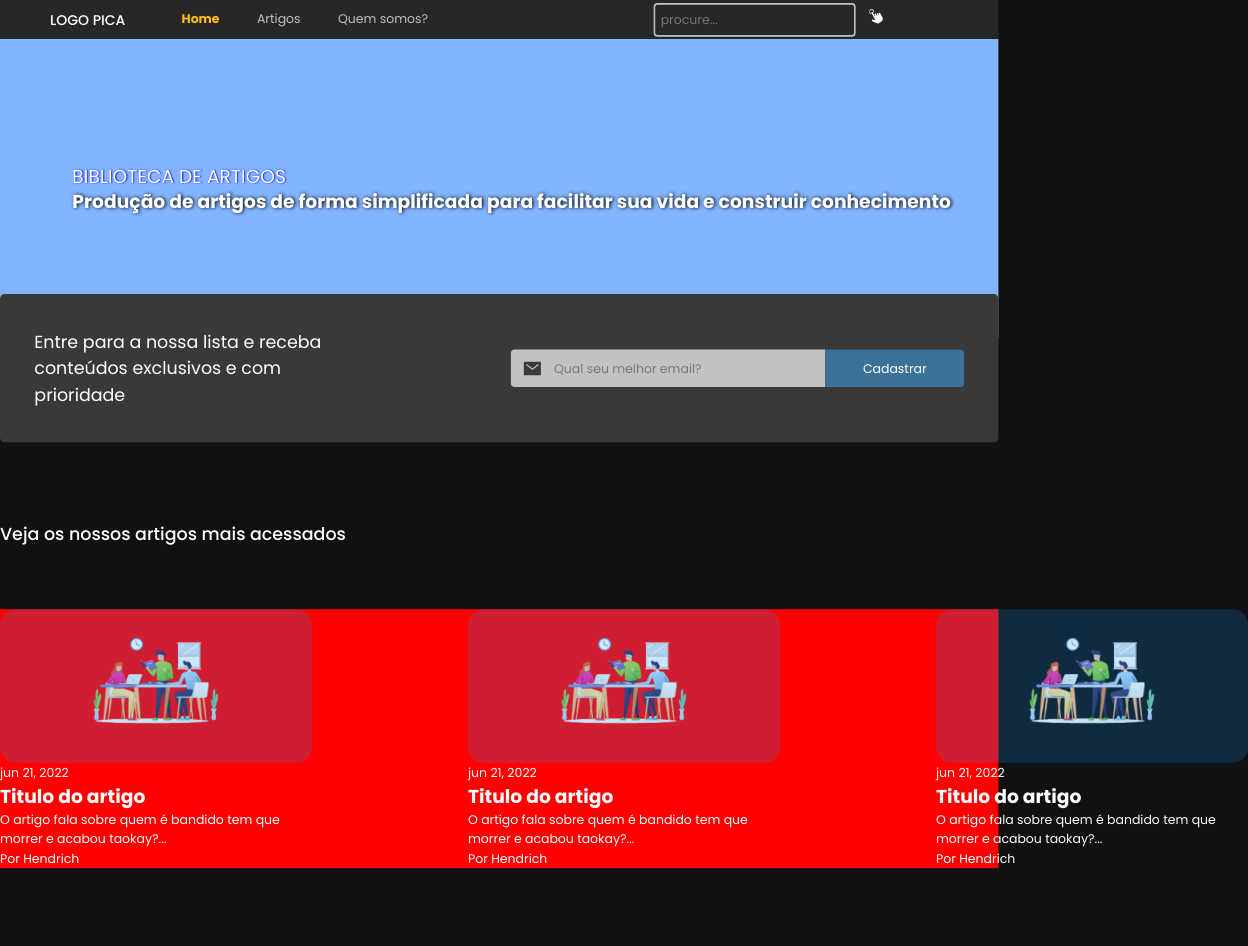
Repository: ArthurHendrich/Inepto
Page: /
The author's editor kept a copy of each file at every save. The page is drawn from the files as they stood at one save, then again after the next save.
The browser window is 1280 px wide. The page is 1600 px wide, then 1400 px, so the pictures cover 1600 px, including what lies to the right of the window. The pictures show the whole page, at 78% of full size.
The project was rebuilt for these pictures with package versions that can differ from the ones it lists, and the page was loaded fresh each time. The framework's server and built-in components were replaced by stand-ins that run in the browser. Also part of the build but not shown: next.config.js.

Above is the page before, as saved 2022-07-06 21:17:24.

### src/pages/_app.tsx
import { AppProps } from "next/app";
import { Header } from "../components/header";

import '../styles/global.scss';

function MyApp({ Component, pageProps }: AppProps) {
  return (
    <>
    <Header />
    <Component {...pageProps} />
    </>
  );
}

export default MyApp;

### src/pages/_document.tsx
import Document, { Html, Head, Main, NextScript } from "next/document";

export default class MyDocument extends Document {
  render() {
    return (
      <Html>
        <Head>
          <link rel="preconnect" href="https://fonts.googleapis.com" />
          <link
            href="https://fonts.googleapis.com/css2?family=Poppins:wght@400;500;700;900&display=swap"
            rel="stylesheet"
          />
          <link rel="shortcut icon" href="favicon.png" type="image/png" />
        </Head>
        <body>
          <Main />
          <NextScript />
        </body>
      </Html>
    );
  }
}

### src/pages/index.tsx
import Head from "next/head";

import styles from "../styles/home.module.scss";

import { IoMailSharp } from 'react-icons/io5';

export default function Home() {
  return (
    <>
      <Head>
        <title>Direito Inepto</title>
      </Head>

      <main>
        <section className={styles.headerContainer}>
          <div className={styles.headerText}>
            <h1>BIBLIOTECA DE ARTIGOS</h1>
            <h2>
              Produção de artigos de forma simplificada para facilitar sua vida
              e construir conhecimento
            </h2>
          </div>
        </section>

        <section className={styles.inputContainer}>
          <h2>
            Entre para a nossa lista e receba conteúdos exclusivos e com
            prioridade
          </h2>
          <div className={styles.inputContent}>
            <div className={styles.ContentFake}>
              <IoMailSharp className={styles.mail}/>
              <input type="text" placeholder="Qual seu melhor email?" />
            </div>
              <button>Cadastrar</button>
          </div>
        </section>

        <section className={styles.acessContainer}>
          <div className={styles.acessTitle}>
            Veja os nossos artigos mais acessados
          </div>
          <div className={styles.acessContent}>
            <div className={styles.contentItem}>
              <img src="images/imagemteste.png" alt="teste" />
              <time>jun 21, 2022</time>
              <h2>Titulo do artigo</h2>
              <p>O artigo fala sobre quem é bandido tem que morrer e acabou taokay?...</p>
              <span>Por Hendrich</span>
            </div>
            <div className={styles.contentItem}>
              <img src="images/imagemteste.png" alt="teste" />
              <time>jun 21, 2022</time>
              <h2>Titulo do artigo</h2>
              <p>O artigo fala sobre quem é bandido tem que morrer e acabou taokay?...</p>
              <span>Por Hendrich</span>
            </div>
            <div className={styles.contentItem}>
              <img src="images/imagemteste.png" alt="teste" />
              <time>jun 21, 2022</time>
              <h2>Titulo do artigo</h2>
              <p>O artigo fala sobre quem é bandido tem que morrer e acabou taokay?...</p>
              <span>Por Hendrich</span>
            </div>
          </div>
        </section>
      </main>
    </>
  );
}

### src/components/header/index.tsx
import styles from "./styles.module.scss";
import { GiClick } from "react-icons/gi";
import { ActiveLink } from "../ActiveLink";
import { useState } from "react";



export function Header() {
  const [inputText, setInputText] = useState('');



  return (
    <header className={styles.headerContainer}>
      <div className={styles.headerContent}>
        <div className={styles.headerItens}>
          <div className={styles.headerLogo}>
            <ActiveLink href="/" activeClassName={styles.active}>
              <a>LOGO PICA</a>
            </ActiveLink>
          </div>

          <nav>
            <ActiveLink href="/" activeClassName={styles.active}>
              <a>Home</a>
            </ActiveLink>

            <ActiveLink href="/posts" activeClassName={styles.active}>
              <a>Artigos</a>
            </ActiveLink>

            <ActiveLink href="/sobre" activeClassName={styles.active}>
              <a>Quem somos?</a>
            </ActiveLink>
          </nav>
        </div>

        <div className={styles.headerSearch}>
          <input
            type="text"
            value={inputText}
            placeholder="procure..."
            onChange={(e) => setInputText(e.target.value)}
          />
          <GiClick className={styles.headerSearchIcon}/>
        </div>
      </div>
    </header>
  );
}

### src/styles/global.scss
* {
  margin: 0;
  padding: 0;
  box-sizing: border-box;
}

:root {
  --white: #FFF;

  --gray-100: #C2C2C2;
  --gray-200: #CCCCCC;
  --gray-300: #7a7a7a;
  --gray-400: #3A3939;
  --gray-500: #272727;
  --gray-900: #111113;

  --blue-200: #3C7198;
  --blue-500: #82B4FF;
  --blue-900: #95D2FF;

  --purple-header: #2F1C6A;
  --purple-content: #492E9E;

  --yellow-500: #FFBE16;
}

@media (max-width: 1080px) {
  html {
    font-size: 93.75%;
  }
}

@media (max-width: 720px) {
  html {
    font-size: 87.5%;
  }
}

body{
  background: var(--gray-900);
  color: var(--white);
}

body, input, textarea, select, button {
  font: 400 1rem 'Poppins', sans-serif;
}

button {
  cursor: pointer;
}

a {
  color: inherit;
  text-decoration: none;
}

### src/styles/home.module.scss
.headerContainer {
  min-height: calc(60vh - 3.125rem);
  margin: 0 auto;
  display: flex;
  justify-content: center;
  align-items: center;
  padding: 0 2rem;
  background: var(--blue-500);

  .headerText {
    padding-left: 2rem;

    font-size: rem;

    h1 {
      font-weight: 50;
      cursor: pointer;
      text-shadow: 1px 0px 2px blue;
    }

    h2{
      font-weight: 700;
      line-height: 2rem;
      text-shadow: 1.5px 0px 5px black;
      cursor: pointer;
    }
  }

  img {
    width: 75%
  }
}

.inputContainer {
  max-width: 1475px;
  margin: 0 auto;
  margin-top: -55px;
  margin-bottom: 100px;
  padding: 2.75rem;
  display: flex;
  align-items: center;
  border-radius: 6px;
  background: var(--gray-400);

  h2 {
    font-size: 1.4rem;
    font-weight: 100;
  }

  .inputContent {
    padding-left: 15rem;
    display: flex;
    align-items: center;

    .ContentFake {
      display: flex;
      align-items: center;
      background: var(--gray-100);
      border-top-left-radius: 5px;
      border-bottom-left-radius: 5px;
      height: 3rem;

      input {
        margin-right: 2rem;
        border: none;
        background-color: transparent;
        color: var(--white);
        outline: none;
      }

      .mail{
        height: 25px;
        width: 25px;
        margin-right: 15px;
        margin-left: 15px;
        color: var(--gray-400);
      }
    }

    button {
      text-align: center;
      height: 3rem;
      background-color: var(--blue-200);
      border: 0;
      padding-left: 3rem;
      padding-right: 3rem;
      border-top-right-radius: 5px;
      border-bottom-right-radius: 5px;
      color: var(--white);

      transition: filter ease 0.2s;

      &:hover {
        filter: brightness(1.2);
      }
    }
  }


  *::placeholder {
    color: var(--gray-300);
  }
}


.acessContainer {
  max-width: 1700px;
  margin: 0 auto;

  .acessTitle {
    font-size: 1.4rem;
    font-weight: 500;
    margin-bottom: 80px;
  }

  .acessContent {
    max-width: 1500px;
    margin: 0 auto;
    background-color: red;

    display: grid;
    grid-template-columns: repeat(3, 1fr);
    gap: 200px;

    .contentItem {
      display: flex;
      flex-direction: column;
    }
  }

  margin-bottom: 100px;
}

### src/components/header/styles.module.scss
.headerContainer {
  height: 3.125rem;
  background: var(--gray-500);
  color: var(--white);

}


.headerContent {
  height: 3.125rem;
  margin: 0 auto;
  display: flex;
  padding: 0 4rem;
  align-items: center;
  justify-content: space-between;

  .headerItens {
    display: flex;
    align-items: center;
    justify-content: space-between;

    .headerLogo {
      margin-right: 4rem;
      font-size: 1.125rem;
      font-weight: 500;
    }

    nav {
      height: 6rem;

      a {
        display: inline-block;
        position: relative;
        padding: 0 0.5rem;
        height: 6rem;
        line-height: 6rem;
        color: var(--gray-100);
        transition: color 0.2s;

        & + a {
          margin-left: 2rem;
        }

        &:hover {
          color: var(--white);
        }

        &.active{
          color: var(--yellow-500);
          font-weight: bold;
        }
      }
    }
  }

  .headerSearch {
    padding: 0 0.5rem;

    input {
      margin-right: 1rem;
      border: 2px solid var(--gray-100);
      border-radius: 5px;
      background: transparent;
      width: 70%;
      padding: 0.4375rem 0.4375rem;
      color: var(--gray-300);
    }

    .headerSearchIcon {
      height: 20px;
      width: 20px;
      cursor: pointer;

      transition: all 0.2s;

      &:hover {
        color: var(--yellow-500);
        filter: brightness(0.9);
      }
    }
  }
}

### src/components/ActiveLink/index.tsx
import Link, { LinkProps } from "next/link";
import { useRouter } from "next/router";
import { cloneElement, ReactElement } from "react";

interface ActiveLinkProps extends LinkProps {
  children: ReactElement;
  activeClassName: string;
}

export function ActiveLink ({ children, activeClassName, ...rest }: ActiveLinkProps) {
  const { asPath } = useRouter();

  const className = asPath === rest.href ? activeClassName : '';


  return (
    <Link {...rest}>
      {cloneElement(children, { className })}
    </Link>
  )
}

After the next save:
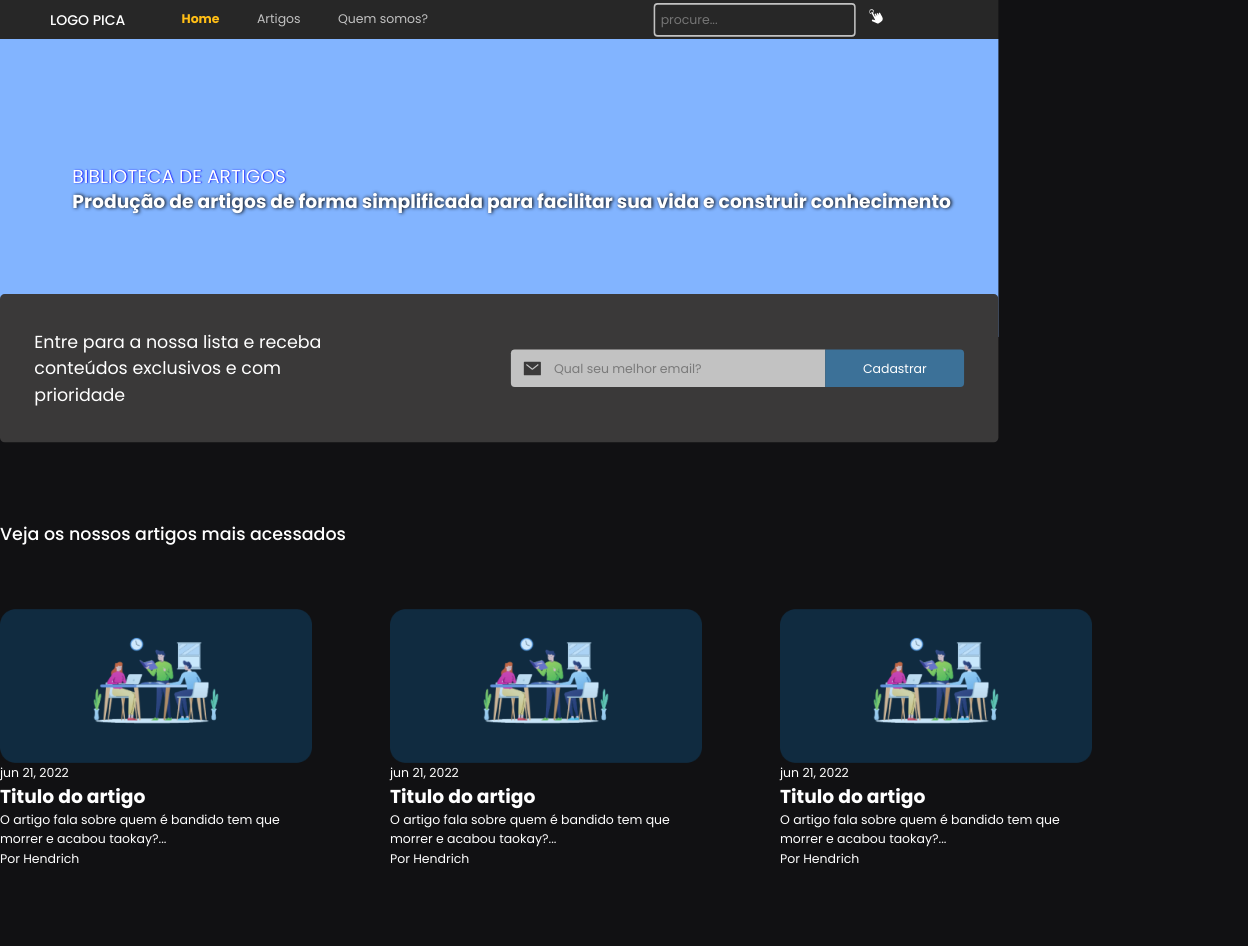
Saved 10 s later.
--- a/src/styles/home.module.scss
+++ b/src/styles/home.module.scss
@@ -116,11 +116,11 @@
   .acessContent {
     max-width: 1500px;
     margin: 0 auto;
-    background-color: red;
+
 
     display: grid;
     grid-template-columns: repeat(3, 1fr);
-    gap: 200px;
+    gap: 100px;
 
     .contentItem {
       display: flex;
